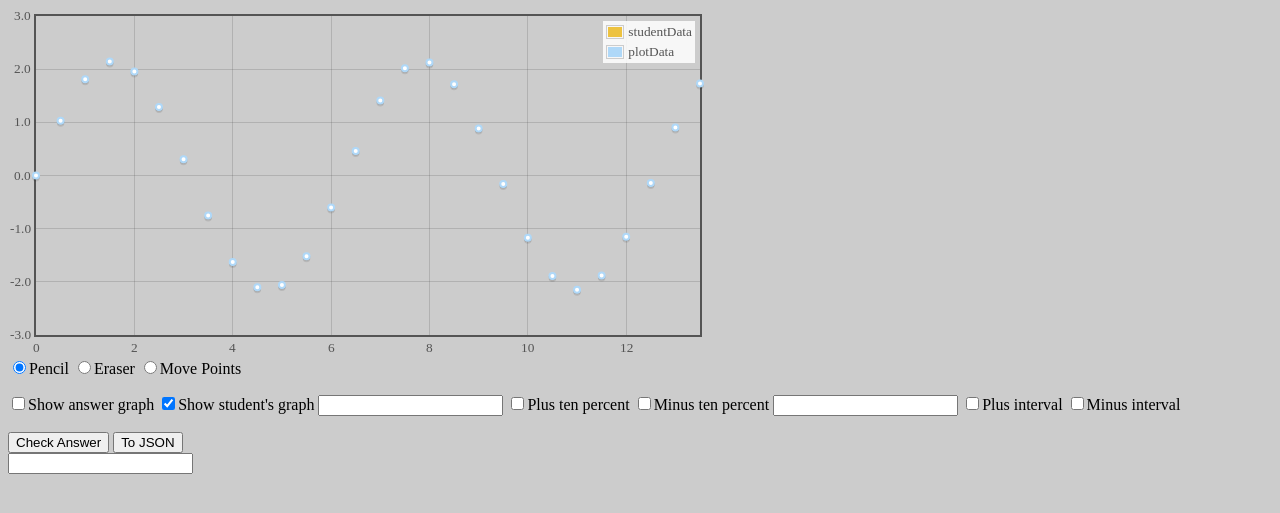
Repository: danmartelly/601autogradeGraphs
Page: flotSketching/test.html
The author's editor kept a copy of each file at every save. The page is drawn from the files as they stood at one save, then again after the next save.
The browser window is 1280 px wide. The pictures show the whole page.

Above is the page before, as saved 2014-01-30 17:29:39.

### flotSketching/test.html
<html>
<head>
	<title>Let's try Flot</title>
	<link href="test.css" rel="stylesheet" type="text/css">
	<script type="text/javascript" src="flot/jquery.js"></script>
	<script type="text/javascript" src="flot/jquery.flot.js"></script>
	<script type="text/javascript" src="jquery.flot.drawing.js"></script>
	<script type="text/javascript" src="JSON.js"></script>
	<script type="text/javascript" src="test.js"></script>
</head>
<body>
	<div id="content">
		<div class="demo-container">
			<div id="placeholder" class="demo-placeholder"></div>
		</div>
	</div>
	<form id="tool">
		<input id="pencilRadio" type="radio" name="tool" value="pencil" checked="checked">Pencil
		<input id ="eraserRadio" type="radio" name="tool" value="eraser">Eraser
		<input id="movePointRadio" type="radio" name="tool" value="movePoint">Move Points
	</form>
	<form id="showGraphs">
		<input id="answerCheckbox" type="checkbox" name="tool" value="answerGraph">Show answer graph
		<input id="studentCheckbox" type="checkbox" name="tool" value="studentGraph" checked="checked">Show student's graph
		<input id="percentAmount" type="text" name="tool">
		<input id="plusPercent" type="checkbox" name="tool" value="plusPercent">Plus ten percent
		<input id="minusPercent" type="checkbox" name="tool" value="minusPercent">Minus ten percent
		<input id="intervalAmount" type="text" name="tool">
		<input id="plusInterval" type="checkbox" name="tool" value="plusInterval">Plus interval
		<input id="minusInterval" type="checkbox" name="tool" value="minusInterval">Minus interval
	</form>
	<button id="compareButton" type="button">Check Answer</button>
	<button id="toJSON" type="button">To JSON</button>
	<div id="feedback">
	</div>
	<input type="text" id="jsonText">
</body>
</html>

### flotSketching/test.css
body {
	background-color: #CCCCCC;
}

#content {
	width: 880px;
}

.demo-container {
	width: 700px;
	height: 350px;
}

.demo-placeholder {
	width: 100%;
	height: 100%;
}

### flotSketching/JSON.js
/*
json2.js
2013-05-26

Public Domain.

NO WARRANTY EXPRESSED OR IMPLIED. USE AT YOUR OWN RISK.

See http://www.JSON.org/js.html


This code should be minified before deployment.
See http://javascript.crockford.com/jsmin.html

USE YOUR OWN COPY. IT IS EXTREMELY UNWISE TO LOAD CODE FROM SERVERS YOU DO
NOT CONTROL.


This file creates a global JSON object containing two methods: stringify
and parse.

JSON.stringify(value, replacer, space)
value any JavaScript value, usually an object or array.

replacer an optional parameter that determines how object
values are stringified for objects. It can be a
function or an array of strings.

space an optional parameter that specifies the indentation
of nested structures. If it is omitted, the text will
be packed without extra whitespace. If it is a number,
it will specify the number of spaces to indent at each
level. If it is a string (such as '\t' or '&nbsp;'),
it contains the characters used to indent at each level.

This method produces a JSON text from a JavaScript value.

When an object value is found, if the object contains a toJSON
method, its toJSON method will be called and the result will be
stringified. A toJSON method does not serialize: it returns the
value represented by the name/value pair that should be serialized,
or undefined if nothing should be serialized. The toJSON method
will be passed the key associated with the value, and this will be
bound to the value

For example, this would serialize Dates as ISO strings.

Date.prototype.toJSON = function (key) {
function f(n) {
// Format integers to have at least two digits.
return n < 10 ? '0' + n : n;
}

return this.getUTCFullYear() + '-' +
f(this.getUTCMonth() + 1) + '-' +
f(this.getUTCDate()) + 'T' +
f(this.getUTCHours()) + ':' +
f(this.getUTCMinutes()) + ':' +
f(this.getUTCSeconds()) + 'Z';
};

You can provide an optional replacer method. It will be passed the
key and value of each member, with this bound to the containing
object. The value that is returned from your method will be
serialized. If your method returns undefined, then the member will
be excluded from the serialization.

If the replacer parameter is an array of strings, then it will be
used to select the members to be serialized. It filters the results
such that only members with keys listed in the replacer array are
stringified.

Values that do not have JSON representations, such as undefined or
functions, will not be serialized. Such values in objects will be
dropped; in arrays they will be replaced with null. You can use
a replacer function to replace those with JSON values.
JSON.stringify(undefined) returns undefined.

The optional space parameter produces a stringification of the
value that is filled with line breaks and indentation to make it
easier to read.

If the space parameter is a non-empty string, then that string will
be used for indentation. If the space parameter is a number, then
the indentation will be that many spaces.

Example:

text = JSON.stringify(['e', {pluribus: 'unum'}]);
// text is '["e",{"pluribus":"unum"}]'


text = JSON.stringify(['e', {pluribus: 'unum'}], null, '\t');
// text is '[\n\t"e",\n\t{\n\t\t"pluribus": "unum"\n\t}\n]'

text = JSON.stringify([new Date()], function (key, value) {
return this[key] instanceof Date ?
'Date(' + this[key] + ')' : value;
});
// text is '["Date(---current time---)"]'


JSON.parse(text, reviver)
This method parses a JSON text to produce an object or array.
It can throw a SyntaxError exception.

The optional reviver parameter is a function that can filter and
transform the results. It receives each of the keys and values,
and its return value is used instead of the original value.
If it returns what it received, then the structure is not modified.
If it returns undefined then the member is deleted.

Example:

// Parse the text. Values that look like ISO date strings will
// be converted to Date objects.

myData = JSON.parse(text, function (key, value) {
var a;
if (typeof value === 'string') {
a =
/^(\d{4})-(\d{2})-(\d{2})T(\d{2}):(\d{2}):(\d{2}(?:\.\d*)?)Z$/.exec(value);
if (a) {
return new Date(Date.UTC(+a[1], +a[2] - 1, +a[3], +a[4],
+a[5], +a[6]));
}
}
return value;
});

myData = JSON.parse('["Date(09/09/2001)"]', function (key, value) {
var d;
if (typeof value === 'string' &&
value.slice(0, 5) === 'Date(' &&
value.slice(-1) === ')') {
d = new Date(value.slice(5, -1));
if (d) {
return d;
}
}
return value;
});


This is a reference implementation. You are free to copy, modify, or
redistribute.
*/

/*jslint evil: true, regexp: true */

/*members "", "\b", "\t", "\n", "\f", "\r", "\"", JSON, "\\", apply,
call, charCodeAt, getUTCDate, getUTCFullYear, getUTCHours,
getUTCMinutes, getUTCMonth, getUTCSeconds, hasOwnProperty, join,
lastIndex, length, parse, prototype, push, replace, slice, stringify,
test, toJSON, toString, valueOf
*/


// Create a JSON object only if one does not already exist. We create the
// methods in a closure to avoid creating global variables.

if (typeof JSON !== 'object') {
    JSON = {};
}

(function () {
    'use strict';

    function f(n) {
        // Format integers to have at least two digits.
        return n < 10 ? '0' + n : n;
    }

    if (typeof Date.prototype.toJSON !== 'function') {

        Date.prototype.toJSON = function () {

            return isFinite(this.valueOf())
                ? this.getUTCFullYear() + '-' +
                    f(this.getUTCMonth() + 1) + '-' +
                    f(this.getUTCDate()) + 'T' +
                    f(this.getUTCHours()) + ':' +
                    f(this.getUTCMinutes()) + ':' +
                    f(this.getUTCSeconds()) + 'Z'
                : null;
        };

        String.prototype.toJSON =
            Number.prototype.toJSON =
            Boolean.prototype.toJSON = function () {
                return this.valueOf();
            };
    }

    var cx = /[\u0000\u00ad\u0600-\u0604\u070f\u17b4\u17b5\u200c-\u200f\u2028-\u202f\u2060-\u206f\ufeff\ufff0-\uffff]/g,
        escapable = /[\\\"\x00-\x1f\x7f-\x9f\u00ad\u0600-\u0604\u070f\u17b4\u17b5\u200c-\u200f\u2028-\u202f\u2060-\u206f\ufeff\ufff0-\uffff]/g,
        gap,
        indent,
        meta = { // table of character substitutions
            '\b': '\\b',
            '\t': '\\t',
            '\n': '\\n',
            '\f': '\\f',
            '\r': '\\r',
            '"' : '\\"',
            '\\': '\\\\'
        },
        rep;


    function quote(string) {

// If the string contains no control characters, no quote characters, and no
// backslash characters, then we can safely slap some quotes around it.
// Otherwise we must also replace the offending characters with safe escape
// sequences.

        escapable.lastIndex = 0;
        return escapable.test(string) ? '"' + string.replace(escapable, function (a) {
            var c = meta[a];
            return typeof c === 'string'
                ? c
                : '\\u' + ('0000' + a.charCodeAt(0).toString(16)).slice(-4);
        }) + '"' : '"' + string + '"';
    }


    function str(key, holder) {

// Produce a string from holder[key].

        var i, // The loop counter.
            k, // The member key.
            v, // The member value.
            length,
            mind = gap,
            partial,
            value = holder[key];

// If the value has a toJSON method, call it to obtain a replacement value.

        if (value && typeof value === 'object' &&
                typeof value.toJSON === 'function') {
            value = value.toJSON(key);
        }

// If we were called with a replacer function, then call the replacer to
// obtain a replacement value.

        if (typeof rep === 'function') {
            value = rep.call(holder, key, value);
        }

// What happens next depends on the value's type.

        switch (typeof value) {
        case 'string':
            return quote(value);

        case 'number':

// JSON numbers must be finite. Encode non-finite numbers as null.

            return isFinite(value) ? String(value) : 'null';

        case 'boolean':
        case 'null':

// If the value is a boolean or null, convert it to a string. Note:
// typeof null does not produce 'null'. The case is included here in
// the remote chance that this gets fixed someday.

            return String(value);

// If the type is 'object', we might be dealing with an object or an array or
// null.

        case 'object':

// Due to a specification blunder in ECMAScript, typeof null is 'object',
// so watch out for that case.

            if (!value) {
                return 'null';
            }

// Make an array to hold the partial results of stringifying this object value.

            gap += indent;
            partial = [];

// Is the value an array?

            if (Object.prototype.toString.apply(value) === '[object Array]') {

// The value is an array. Stringify every element. Use null as a placeholder
// for non-JSON values.

                length = value.length;
                for (i = 0; i < length; i += 1) {
                    partial[i] = str(i, value) || 'null';
                }

// Join all of the elements together, separated with commas, and wrap them in
// brackets.

                v = partial.length === 0
                    ? '[]'
                    : gap
                    ? '[\n' + gap + partial.join(',\n' + gap) + '\n' + mind + ']'
                    : '[' + partial.join(',') + ']';
                gap = mind;
                return v;
            }

// If the replacer is an array, use it to select the members to be stringified.

            if (rep && typeof rep === 'object') {
                length = rep.length;
                for (i = 0; i < length; i += 1) {
                    if (typeof rep[i] === 'string') {
                        k = rep[i];
                        v = str(k, value);
                        if (v) {
                            partial.push(quote(k) + (gap ? ': ' : ':') + v);
                        }
                    }
                }
            } else {

// Otherwise, iterate through all of the keys in the object.

                for (k in value) {
                    if (Object.prototype.hasOwnProperty.call(value, k)) {
                        v = str(k, value);
                        if (v) {
                            partial.push(quote(k) + (gap ? ': ' : ':') + v);
                        }
                    }
                }
            }

// Join all of the member texts together, separated with commas,
// and wrap them in braces.

            v = partial.length === 0
                ? '{}'
                : gap
                ? '{\n' + gap + partial.join(',\n' + gap) + '\n' + mind + '}'
                : '{' + partial.join(',') + '}';
            gap = mind;
            return v;
        }
    }

// If the JSON object does not yet have a stringify method, give it one.

    if (typeof JSON.stringify !== 'function') {
        JSON.stringify = function (value, replacer, space) {

// The stringify method takes a value and an optional replacer, and an optional
// space parameter, and returns a JSON text. The replacer can be a function
// that can replace values, or an array of strings that will select the keys.
// A default replacer method can be provided. Use of the space parameter can
// produce text that is more easily readable.

            var i;
            gap = '';
            indent = '';

// If the space parameter is a number, make an indent string containing that
// many spaces.

            if (typeof space === 'number') {
                for (i = 0; i < space; i += 1) {
                    indent += ' ';
                }

// If the space parameter is a string, it will be used as the indent string.

            } else if (typeof space === 'string') {
                indent = space;
            }

// If there is a replacer, it must be a function or an array.
// Otherwise, throw an error.

            rep = replacer;
            if (replacer && typeof replacer !== 'function' &&
                    (typeof replacer !== 'object' ||
                    typeof replacer.length !== 'number')) {
                throw new Error('JSON.stringify');
            }

// Make a fake root object containing our value under the key of ''.
// Return the result of stringifying the value.

            return str('', {'': value});
        };
    }


// If the JSON object does not yet have a parse method, give it one.

    if (typeof JSON.parse !== 'function') {
        JSON.parse = function (text, reviver) {

// The parse method takes a text and an optional reviver function, and returns
// a JavaScript value if the text is a valid JSON text.

            var j;

            function walk(holder, key) {

// The walk method is used to recursively walk the resulting structure so
// that modifications can be made.

                var k, v, value = holder[key];
                if (value && typeof value === 'object') {
                    for (k in value) {
                        if (Object.prototype.hasOwnProperty.call(value, k)) {
                            v = walk(value, k);
                            if (v !== undefined) {
                                value[k] = v;
                            } else {
                                delete value[k];
                            }
                        }
                    }
                }
                return reviver.call(holder, key, value);
            }


// Parsing happens in four stages. In the first stage, we replace certain
// Unicode characters with escape sequences. JavaScript handles many characters
// incorrectly, either silently deleting them, or treating them as line endings.

            text = String(text);
            cx.lastIndex = 0;
            if (cx.test(text)) {
                text = text.replace(cx, function (a) {
                    return '\\u' +
                        ('0000' + a.charCodeAt(0).toString(16)).slice(-4);
                });
            }

// In the second stage, we run the text against regular expressions that look
// for non-JSON patterns. We are especially concerned with '()' and 'new'
// because they can cause invocation, and '=' because it can cause mutation.
// But just to be safe, we want to reject all unexpected forms.

// We split the second stage into 4 regexp operations in order to work around
// crippling inefficiencies in IE's and Safari's regexp engines. First we
// replace the JSON backslash pairs with '@' (a non-JSON character). Second, we
// replace all simple value tokens with ']' characters. Third, we delete all
// open brackets that follow a colon or comma or that begin the text. Finally,
// we look to see that the remaining characters are only whitespace or ']' or
// ',' or ':' or '{' or '}'. If that is so, then the text is safe for eval.

            if (/^[\],:{}\s]*$/
                    .test(text.replace(/\\(?:["\\\/bfnrt]|u[0-9a-fA-F]{4})/g, '@')
                        .replace(/"[^"\\\n\r]*"|true|false|null|-?\d+(?:\.\d*)?(?:[eE][+\-]?\d+)?/g, ']')
                        .replace(/(?:^|:|,)(?:\s*\[)+/g, ''))) {

// In the third stage we use the eval function to compile the text into a
// JavaScript structure. The '{' operator is subject to a syntactic ambiguity
// in JavaScript: it can begin a block or an object literal. We wrap the text
// in parens to eliminate the ambiguity.

                j = eval('(' + text + ')');

// In the optional fourth stage, we recursively walk the new structure, passing
// each name/value pair to a reviver function for possible transformation.

                return typeof reviver === 'function'
                    ? walk({'': j}, '')
                    : j;
            }

// If the text is not JSON parseable, then a SyntaxError is thrown.

            throw new SyntaxError('JSON.parse');
        };
    }
}());

### flotSketching/test.js
$(function() {

	var answerData = {
		label: "answerData"
		, data: []
		, points: {show: true}
	};
	for (var i = 0; i < 14; i += 0.5) {
		answerData.data.push([i, Math.sin(i)]);
	}

	var plotData = {
		label: "plotData"
		, data: []
		, points: {show: true}
	};
	function genericSin(x, amp, freq, xShift, offset) {
		return amp*Math.sin(2*Math.PI*freq*(x - xShift)) + offset;
	}
	for (var i = 0; i < 14; i += 0.5) {
//		plotData.data.push([i, genericSin(i, 2.15452795, 0.99964759, 0.99957028, 0.04148915)]);
		plotData.data.push([i, genericSin(i, 2.15, 1/(2*Math.PI), 0, 0)]);
	}

	var studentData = {
		label: "studentData"
		, data: []
		, points: { show: true }
		, lines: { show: true }
	};
	var plot = null;

	var rePlot = function() {
		var allData = [];
		if ($("#studentCheckbox").prop("checked")) {
			allData.push(studentData);
		}
		if ($("#answerCheckbox").prop("checked")) {
			allData.push(answerData);
		}
		allData.push(plotData);

		var percentage = parseFloat($("#percentAmount").val());
		if ($("#plusPercent").prop("checked")) {
			var change = 1 + percentage;
			var moreData = [];
			$.each(answerData.data, function(index, value) {
				moreData.push([value[0], value[1]*change]);
			});
			allData.push({
				label: "plusPercent"
				, data: moreData
			});
		}
		if ($("#minusPercent").prop("checked")) {
			var change = 1 - percentage;
			var moreData = [];
			$.each(answerData.data, function(index, value) {
				moreData.push([value[0], value[1]*change]);
			});
			allData.push({
				label: "minusPercent"
				, data: moreData
			});
		}
		var interval = parseFloat($("#intervalAmount").val(), 10);
		if ($("#plusInterval").prop("checked")) {
			var moreData = [];
			$.each(answerData.data, function(index, value) {
				moreData.push([value[0], value[1]+interval]);
			});
			allData.push({
				label: "plusInterval"
				, data: moreData
			});
		}
		if ($("#minusInterval").prop("checked")) {
			var moreData = [];
			$.each(answerData.data, function(index, value) {
				moreData.push([value[0], value[1]-interval]);
			});
			allData.push({
				label: "minusInterval"
				, data: moreData
			});
		}

		plot = $.plot($("#placeholder"), allData, {

		});
	};
	rePlot();

	$("#placeholder").bind("plothover", function (event, pos, item) {
		//mouse position
		var str = "mouse: (" + pos.x.toFixed(2) + ", " + pos.y.toFixed(2) + ")";
		//check datapoint
		if (item) {
			var x = item.datapoint[0].toFixed(2),
				y = item.datapoint[1].toFixed(2);
			str += "\nData: (" + x + ", " + y + ")";
		}
		$("#feedback").text(str);
	});

	$("#showGraphs").change(rePlot);

	$("#compareButton").click(function(e) {
		var xaxis = plot.getAxes().xaxis;
		var minx = xaxis.datamin;
		var maxx = xaxis.datamax;
		var s = plot.getData();
		var refArray = s[1].data;
		var otherArray = s[0].data;
		var compareResult = compareData(refArray, otherArray, minx, maxx, (maxx-minx)/10);
		$("#feedback").text(compareResult["variance"]);
	});

	$("#toJSON").click(function(e) {
		var jsonData = JSON.stringify(plot.getData());
		$("#jsonText").val(jsonData);
	});

	// way to compare the data
	function compareData(refArray, otherArray, loLimit, hiLimit, interval) {
		// find variance
		var variance;
		var counter = 0;
		var squareTotal = 0;
		for (var x = loLimit; x <= hiLimit; x = x + interval) {
			counter++;
			var refy = linearInterpolate(refArray, x);
			var othery = linearInterpolate(otherArray, x);
			squareTotal += Math.pow((refy - othery), 2);
		}
		variance = squareTotal/counter;
		return {
			"variance":variance,
		};
	}

	// Take in an array and an x value, and linearly interpolate to find the
	// associated y value
	function linearInterpolate(dataArray, x) {
		var before = null, after = null;
		for (var i = 0; i < dataArray.length; i++) {
			if (dataArray[i][0] > x) {
				after = dataArray[i];
				before = dataArray[i-1];
				break;
			}
		}
		if (before == undefined) {
			return after[1];
		} else {
			//linearly interpolate at this point
			var x0 = before[0];
			var y0 = before[1];
			var x1 = after[0];
			var y1 = after[1];
			return y0 + (y1 - y0)*(x - x0)/(x1 - x0);
		}
	}


});

Loaded but not shown: flotSketching/flot/jquery.js (library); flotSketching/flot/jquery.flot.js (library); flotSketching/jquery.flot.drawing.js (library)

After the next save:
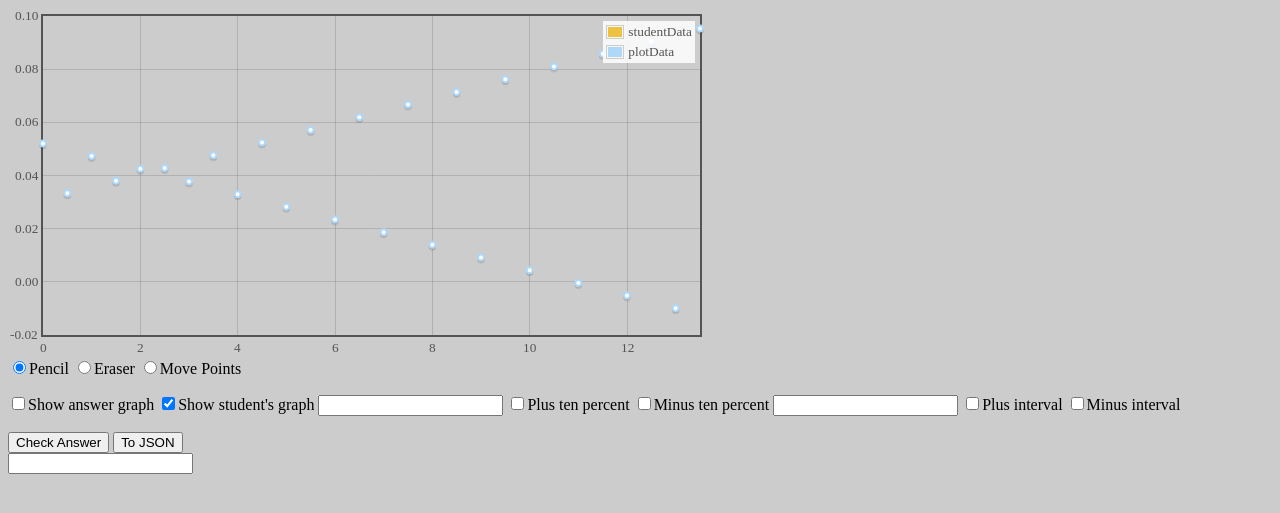
Saved 2 min 18 s later.
--- a/flotSketching/test.js
+++ b/flotSketching/test.js
@@ -17,9 +17,11 @@ $(function() {
 	function genericSin(x, amp, freq, xShift, offset) {
 		return amp*Math.sin(2*Math.PI*freq*(x - xShift)) + offset;
 	}
+	function genericExp(x, initial, factor, timeConst, xShift, offset) {
+		return initial*factor**((x-xShift)/timeConst) + offset
+	}
 	for (var i = 0; i < 14; i += 0.5) {
-//		plotData.data.push([i, genericSin(i, 2.15452795, 0.99964759, 0.99957028, 0.04148915)]);
-		plotData.data.push([i, genericSin(i, 2.15, 1/(2*Math.PI), 0, 0)]);
+		plotData.data.push([i, genericSin(i, 2.15452795, 0.99964759, 0.99957028, 0.04148915)]);
 	}
 
 	var studentData = {
